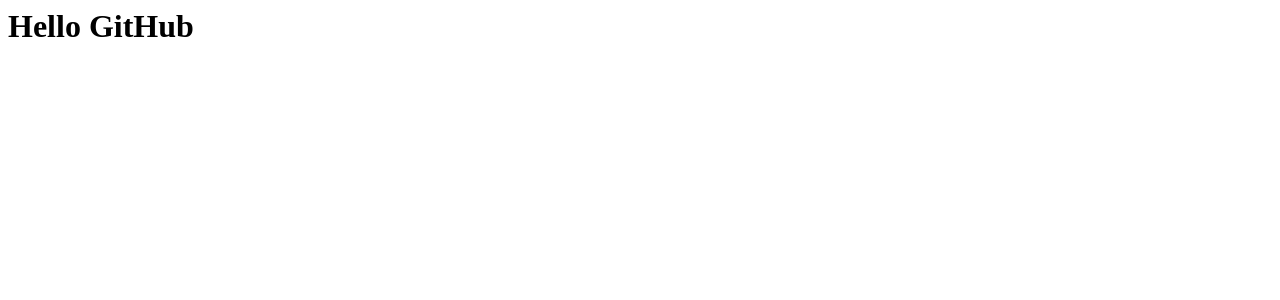
Repository: manoj-991/geeky_16
Page: index.html
The author's editor kept a copy of each file at every save. The page is drawn from the files as they stood at one save, then again after a run of saves.
The browser window is 1280 px wide. The pictures show the whole page.

Above is the page before, as saved 2026-04-15 22:53:08.

### index.html
<h1>Hello GitHub</h1>

After the next 3 saves:
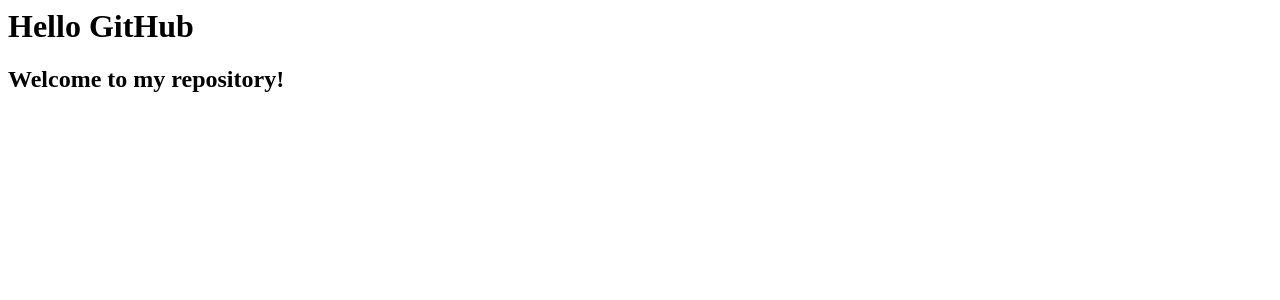
The 3 saves are shown as one change because they came seconds apart.
The last was saved 2 min 9 s later.
--- a/index.html
+++ b/index.html
@@ -1 +1,2 @@
 <h1>Hello GitHub</h1>
+<h2>Welcome to my repository!</h2>
